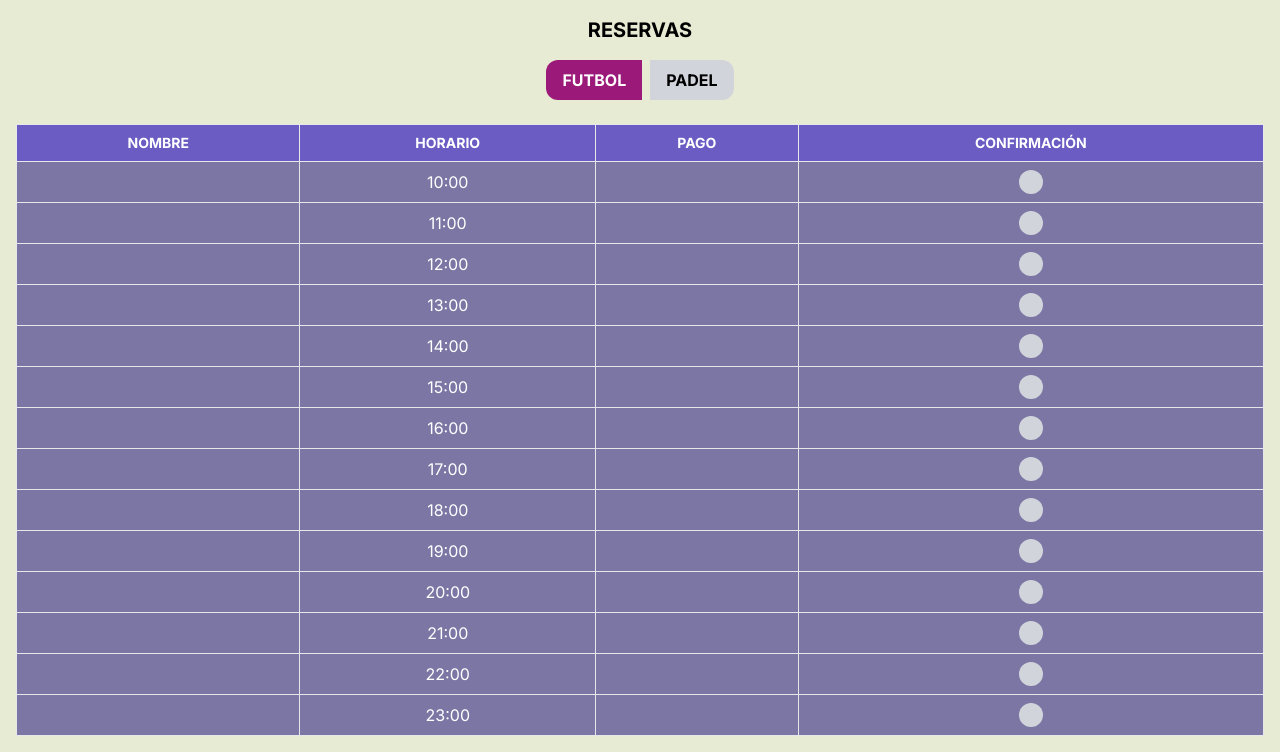
Repository: francoluca35/yael-app
Page: /reserva
An editor plug-in stored every save of this project. The page is shown before and after the next save, followed by the edit.
The browser window is 1280 px wide. The pictures show the whole page.
The page's requests for data from a server got no answer. The project was rebuilt for these pictures with package versions that can differ from the ones it lists, and the page was loaded fresh each time. The framework's server and built-in components were replaced by stand-ins that run in the browser. No one was signed in, and anything a server would have sent is missing. Also part of the build but not shown: next.config.js.

Above is the page before, as saved 2025-04-02 01:20:08.

After the next save:
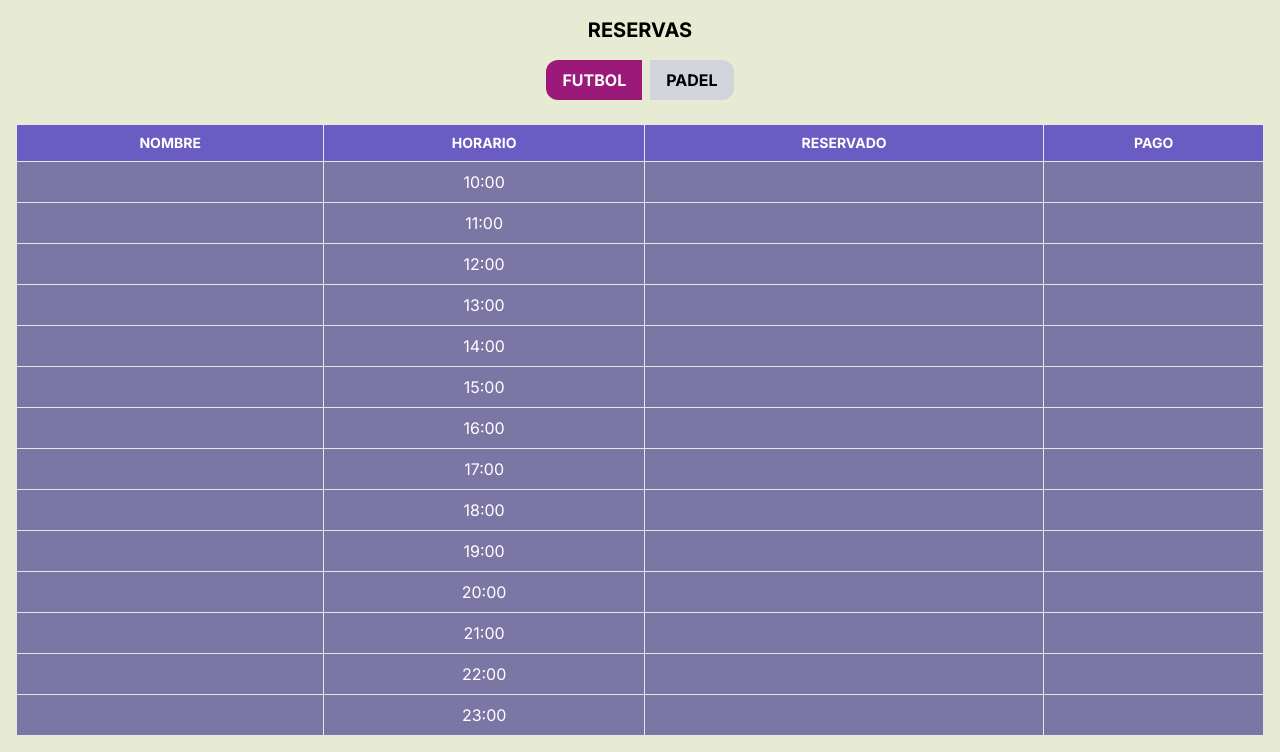
Saved 2 min 27 s later.
--- a/src/app/reserva/reservas.jsx
+++ b/src/app/reserva/reservas.jsx
@@ -7,6 +7,7 @@
   const [tipo, setTipo] = useState("futbol");
   const [reservas, setReservas] = useState([]);
   const fechaHoy = new Date().toISOString().slice(0, 10);
+  const horaActual = new Date().getHours();
 
   useEffect(() => {
     fetchReservas();
@@ -29,10 +30,16 @@
     fetchReservas();
   };
 
+  const esHoraPasada = (hora) => {
+    const horaNum = parseInt(hora.split(":")[0]);
+    return horaNum < horaActual;
+  };
+
   return (
     <div className="min-h-screen bg-[#e7ebd3] p-4">
       <h2 className="text-center text-xl font-bold mb-4">RESERVAS</h2>
 
+      {/* Botones */}
       <div className="flex justify-center mb-6 gap-2">
         <button
           onClick={() => setTipo("futbol")}
@@ -52,23 +59,43 @@
         </button>
       </div>
 
+      {/* Tabla */}
       <div className="overflow-x-auto">
         <table className="w-full border border-gray-400 text-white">
           <thead className="bg-[#6b5cc4] text-sm">
             <tr>
               <th className="p-2 border">NOMBRE</th>
               <th className="p-2 border">HORARIO</th>
+              <th className="p-2 border">RESERVADO</th>
               <th className="p-2 border">PAGO</th>
-              <th className="p-2 border">CONFIRMACIÓN</th>
             </tr>
           </thead>
           <tbody>
             {HORARIOS.map((hora) => {
               const reserva = getReserva(hora);
+              const terminada = esHoraPasada(hora) && reserva;
+
               return (
                 <tr key={hora} className="bg-[#7c76a5] text-center">
                   <td className="border p-2">{reserva?.nombre || ""}</td>
                   <td className="border p-2">{hora}</td>
+
+                  {/* RESERVADO / TERMINADO */}
+                  <td className="border p-2">
+                    {terminada ? (
+                      <span className="bg-gray-400 px-2 py-1 rounded text-white text-xs">
+                        TERMINADO
+                      </span>
+                    ) : reserva ? (
+                      <span className="bg-blue-500 px-2 py-1 rounded text-white text-xs">
+                        RESERVADO
+                      </span>
+                    ) : (
+                      ""
+                    )}
+                  </td>
+
+                  {/* PAGO */}
                   <td className="border p-2">
                     {reserva?.estado === "pagototal" && (
                       <div className="bg-green-400 text-white font-bold rounded py-1">PAGO</div>
@@ -85,9 +112,6 @@
                       </div>
                     )}
                   </td>
-                  <td className="border p-2">
-                    <div className="w-6 h-6 bg-gray-300 rounded-full mx-auto" />
-                  </td>
                 </tr>
               );
             })}
